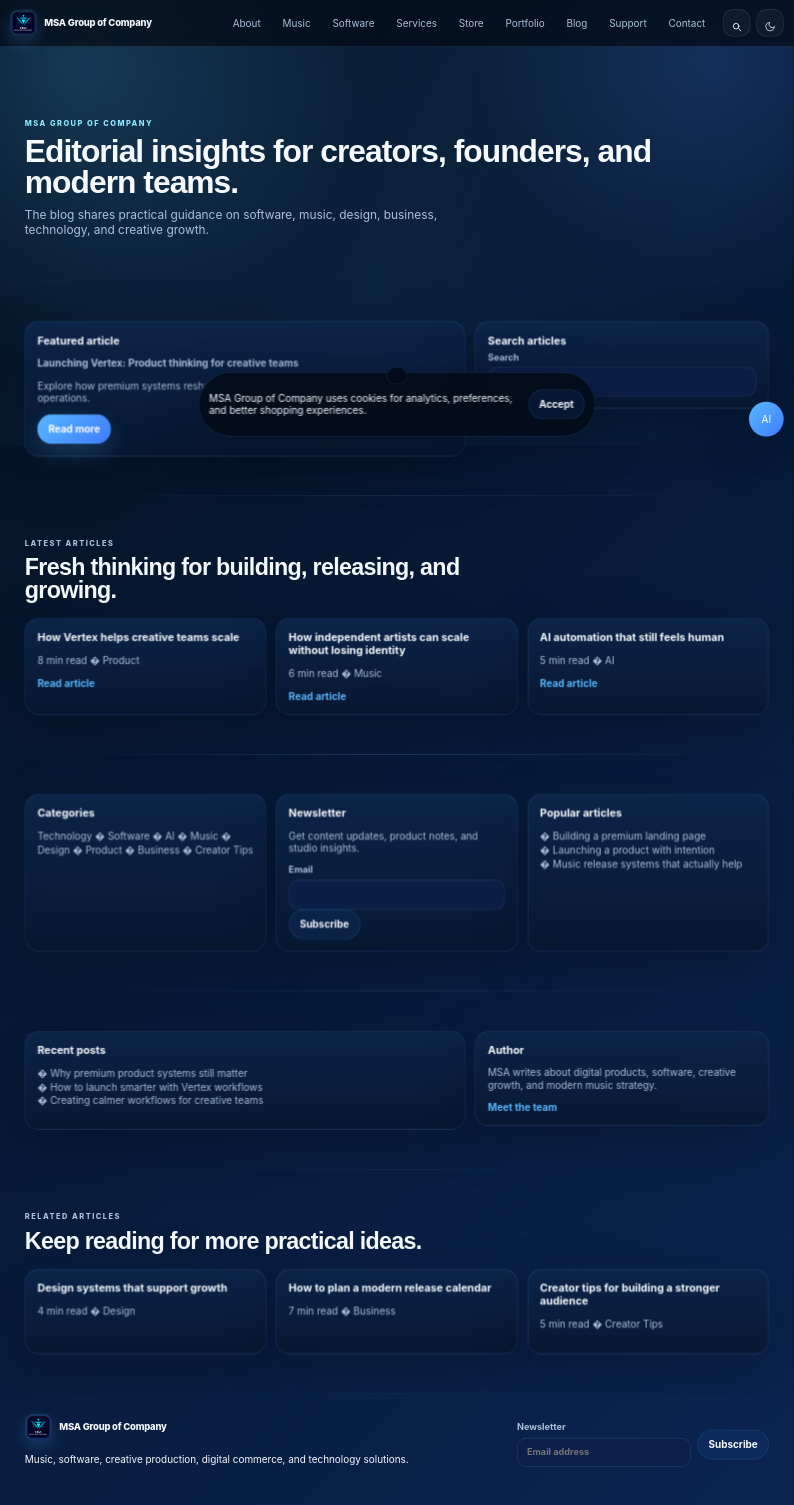
Repository: wifiasert/MSA-Group-of-Company
Page: blog/index.html
The author's editor kept a copy of each file at every save. The page is drawn from the files as they stood at one save, then again after the next save.
The browser window is 1280 px wide. The pictures show the whole page, at 62% of full size.

Above is the page before, as saved 2026-07-18 04:11:49.

After the next save:
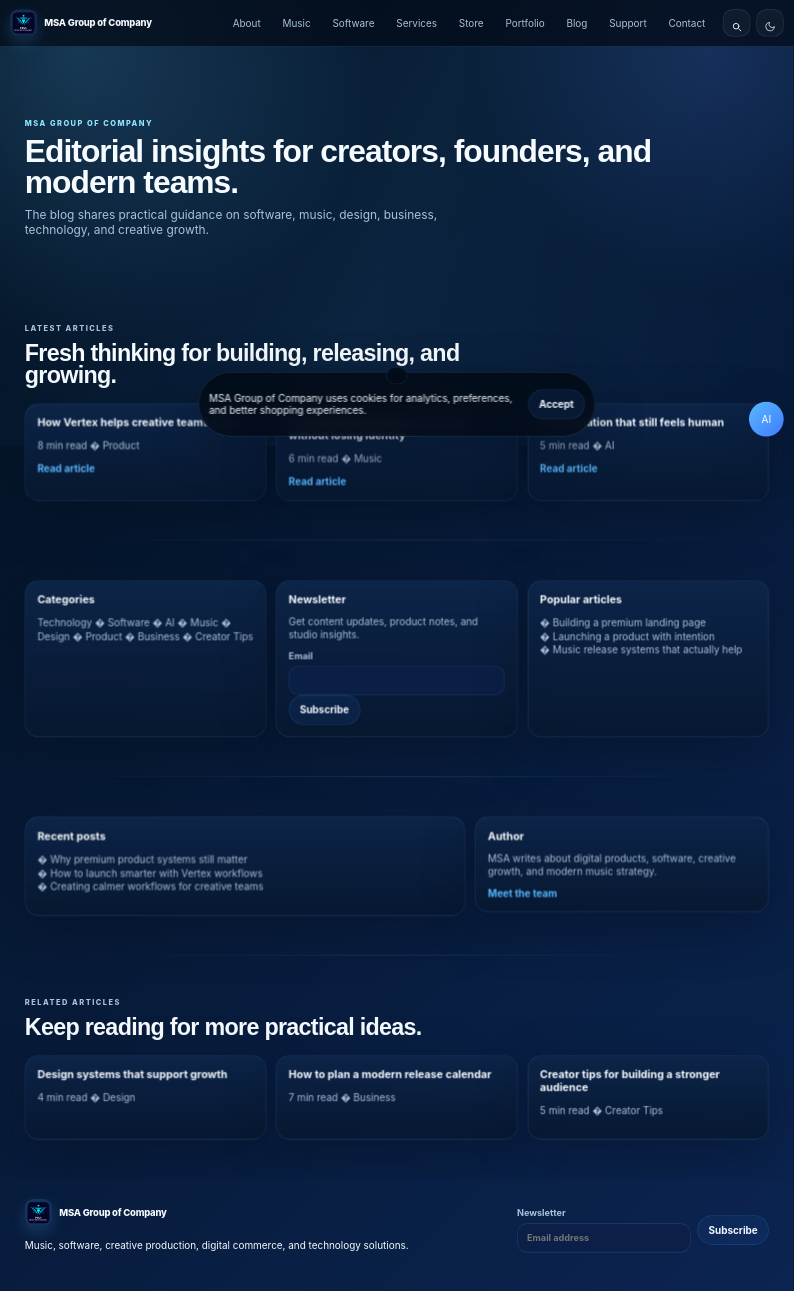
Saved 3 min 39 s later.
--- a/blog/index.html
+++ b/blog/index.html
@@ -305,7 +305,6 @@
   </header>
   <main id="main">
     <section class="page-hero reveal"><div class="hero-content"><p class="eyebrow">MSA Group of Company</p><h1>Editorial insights for creators, founders, and modern teams.</h1><p class="hero-copy">The blog shares practical guidance on software, music, design, business, technology, and creative growth.</p></div></section>
-    <section class="section reveal"><div class="hero-grid"><div class="glass-card"><h3>Featured article</h3><p><strong>Launching Vertex: Product thinking for creative teams</strong></p><p>Explore how premium systems reshape artist workflows, digital commerce, and team operations.</p><a class="primary-button" href="../contact/">Read more</a></div><div class="glass-card"><h3>Search articles</h3><label>Search<input placeholder="Search the blog" /></label></div></div></section>
 
       <section class="section reveal"><div class="section-heading"><p class="eyebrow">Latest articles</p><h2>Fresh thinking for building, releasing, and growing.</h2></div><div class="card-grid"><article class="glass-card"><h3>How Vertex helps creative teams scale</h3><p>8 min read � Product</p><a class="inline-link" href="../contact/">Read article</a></article><article class="glass-card"><h3>How independent artists can scale without losing identity</h3><p>6 min read � Music</p><a class="inline-link" href="../contact/">Read article</a></article><article class="glass-card"><h3>AI automation that still feels human</h3><p>5 min read � AI</p><a class="inline-link" href="../contact/">Read article</a></article></div></section>
     <section class="section reveal"><div class="content-grid"><article class="glass-card"><h3>Categories</h3><p>Technology � Software � AI � Music � Design � Product � Business � Creator Tips</p></article><article class="glass-card"><h3>Newsletter</h3><p>Get content updates, product notes, and studio insights.</p><form data-form="newsletter"><label>Email<input required type="email" /></label><button class="secondary-button" type="submit">Subscribe</button></form></article><article class="glass-card"><h3>Popular articles</h3><p>� Building a premium landing page<br>� Launching a product with intention<br>� Music release systems that actually help</p></article></div></section>
